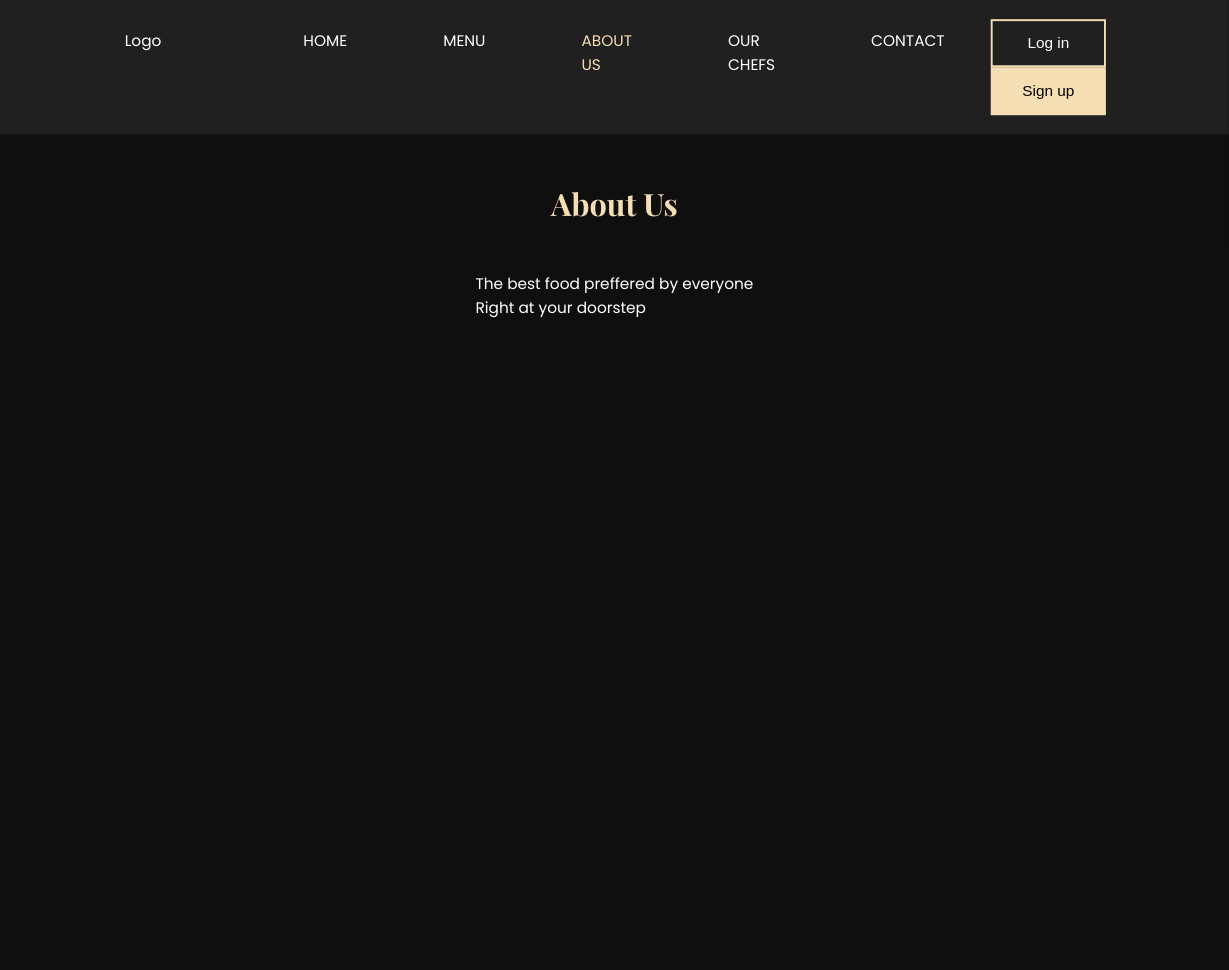
Repository: ThisIsSahaj/NSP
Page: about.html
These files come from the project's save history. The page is drawn as it stood at one moment and after the next save; the edit follows.
The browser window is 1280 px wide. The pictures show the whole page, at 96% of full size.

Above is the page before, as saved 2023-12-26 22:06:38.

After the next save:
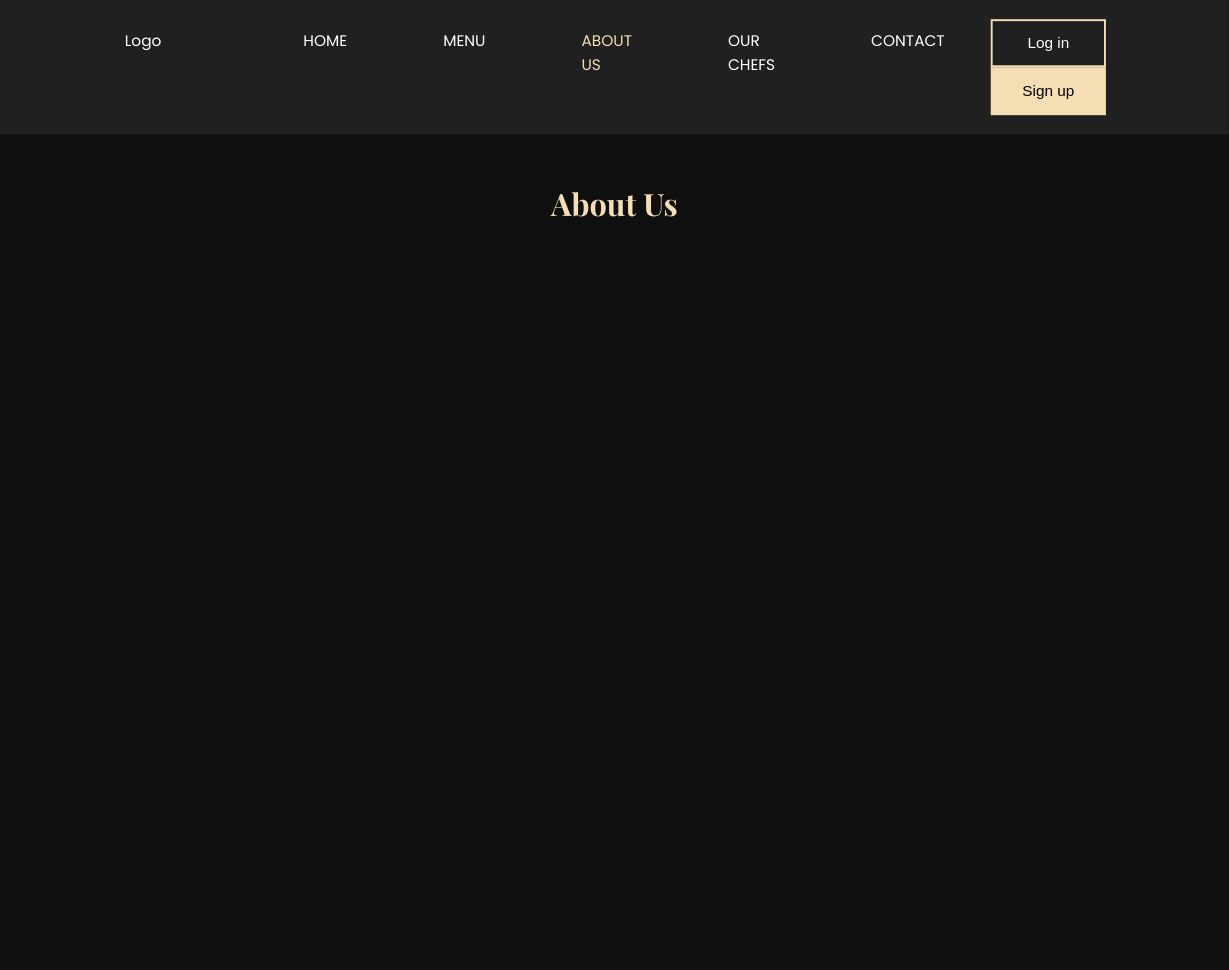
Saved 88 s later.
--- a/about.html
+++ b/about.html
@@ -33,8 +33,8 @@
 <div class="about">
     <h1>About Us</h1>
     <div>
-        <p>The best food preffered by everyone</p>
-        <p>Right at your doorstep</p>
+       <div></div>
+       <div></div>
     </div>
 </div>
 </body>
